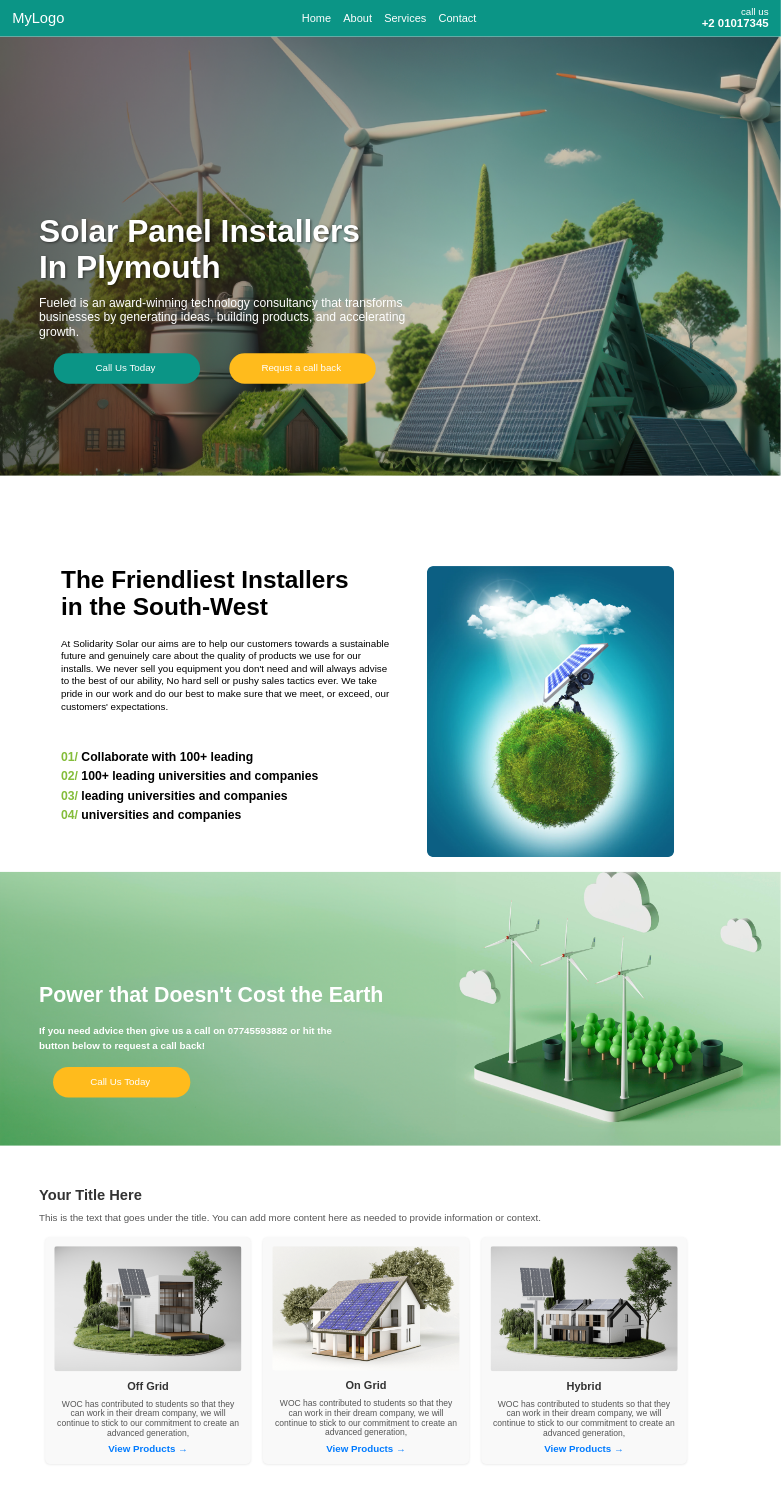
Repository: MaramNabil872/Landing-Page
Page: landingPage.html
These files come from the project's save history. The page is drawn as it stood at one moment and after a run of saves; the edit follows.
The browser window is 1280 px wide. The pictures show the whole page, at 61% of full size.

Above is the page before, as saved 2024-10-20 22:02:41.

After the next 4 saves:
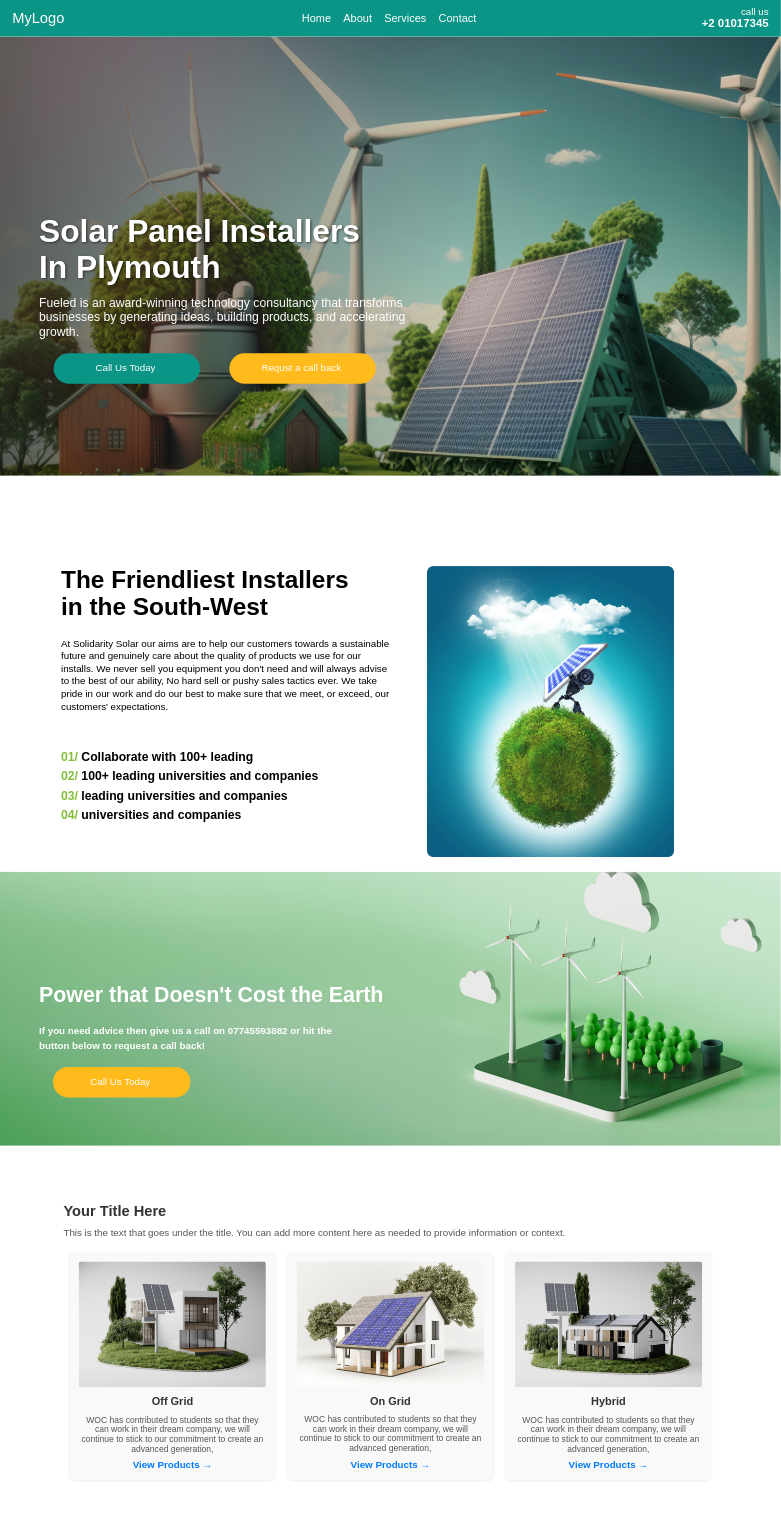
The 4 saves are shown as one change because they came seconds apart.
The last was saved 11 s later.
--- a/landingPage.css
+++ b/landingPage.css
@@ -215,7 +215,7 @@ font-size: 35px;
     background-color: white;
     padding: 5%;
     max-width: 1200px;
-    /* margin: 5% auto; Center the container */
+    margin: 2% auto;
 }
 
 .title {
